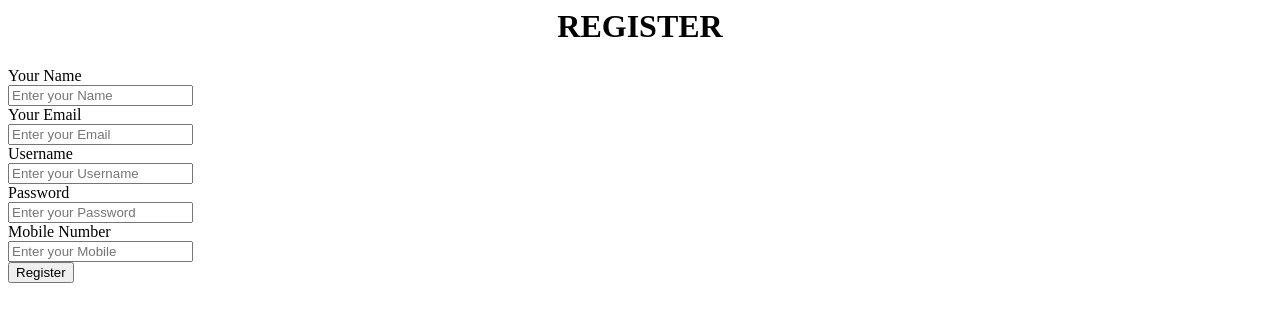
Repository: aneishkumar/AngularJS-Application
Page: Angularjs-Application-march30th/project2/WebContent/register.html
These files come from the project's save history. The page is drawn as it stood at one moment and after the next save; the edit follows.
The browser window is 1280 px wide. The pictures show the whole page.

Above is the page before, as saved 2018-03-30 12:08:38.

### Angularjs-Application-march30th/project2/WebContent/register.html
<div class="container">
			<div class="row main">
				<div class="main-login main-center">
				<h5><center><B><FONT SIZE="6">REGISTER</FONT></B></center></h5>
					<form >

						<div class="form-group">
							<label for="name" class="cols-sm-2 control-label">Your Name</label>
							<div class="cols-sm-10">
								<div class="input-group">
									<span class="input-group-addon"><i class="fa fa-user fa" aria-hidden="true"></i></span>
									<input type="text" class="form-control" name="name" ng-model="user.name"  placeholder="Enter your Name"/>
								</div>
							</div>
						</div>

						<div class="form-group">
							<label for="email" class="cols-sm-2 control-label">Your Email</label>
							<div class="cols-sm-10">
								<div class="input-group">
									<span class="input-group-addon"><i class="fa fa-envelope fa" aria-hidden="true"></i></span>
									<input type="text" class="form-control" name="email" ng-model="user.emailid"  placeholder="Enter your Email"/>
								</div>
							</div>
						</div>

						<div class="form-group">
							<label for="username" class="cols-sm-2 control-label">Username</label>
							<div class="cols-sm-10">
								<div class="input-group">
									<span class="input-group-addon"><i class="fa fa-users fa" aria-hidden="true"></i></span>
									<input type="text" class="form-control" name="username" ng-model="user.username" required="true" type="text" pattern=".{5,10}" title="minimum length for username is 5"  placeholder="Enter your Username"/>
								</div>
							</div>
						</div>


						<div class="form-group">
							<label for="password" class="cols-sm-2 control-label">Password</label>
							<div class="cols-sm-10">
								<div class="input-group">
									<span class="input-group-addon"><i class="fa fa-lock fa-lg" aria-hidden="true"></i></span>
									<input type="password" class="form-control" name="password" ng-model="user.password"  placeholder="Enter your Password"/>
								</div>
							</div>
						</div>

						<div class="form-group">
							<label for="confirm" class="cols-sm-2 control-label">Mobile Number</label>
							<div class="cols-sm-10">
								<div class="input-group">
									<span class="input-group-addon"><i class="fa fa-mobile fa-lg" aria-hidden="true"></i></span>
									<input type="TEXT" class="form-control" name="confirm" ng-model="user.mobilenumber"  placeholder="Enter your Mobile" placeholder="Enter PhoneNumber" required="required" name="pn"
								pattern="[789][0-9]{9}"
								title="Should be 10 digits starting from 7,8 or 9"/>
								</div>
							</div>
						</div>

						<div class="form-group ">
							<input type="submit" ng-click="adduser(user)" type="button" value="Register">
						</div>

					</form>
				</div>
			</div>
		</div>

After the next save:
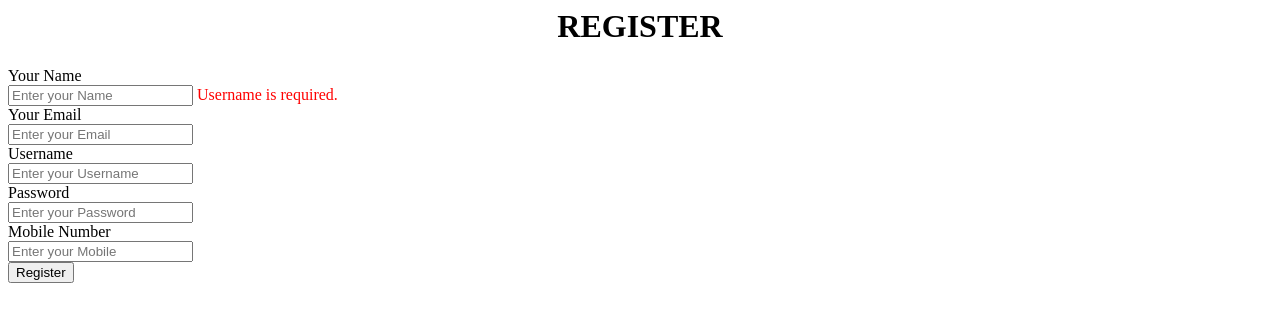
Saved 9 min 59 s later.
--- a/Angularjs-Application-march30th/project2/WebContent/register.html
+++ b/Angularjs-Application-march30th/project2/WebContent/register.html
@@ -10,6 +10,9 @@
 								<div class="input-group">
 									<span class="input-group-addon"><i class="fa fa-user fa" aria-hidden="true"></i></span>
 									<input type="text" class="form-control" name="name" ng-model="user.name"  placeholder="Enter your Name"/>
+									<span style="color:red" ng-show="myForm.user.$dirty && myForm.user.$invalid">
+<span ng-show="myForm.user.$error.required">Username is required.</span>
+</span>
 								</div>
 							</div>
 						</div>
